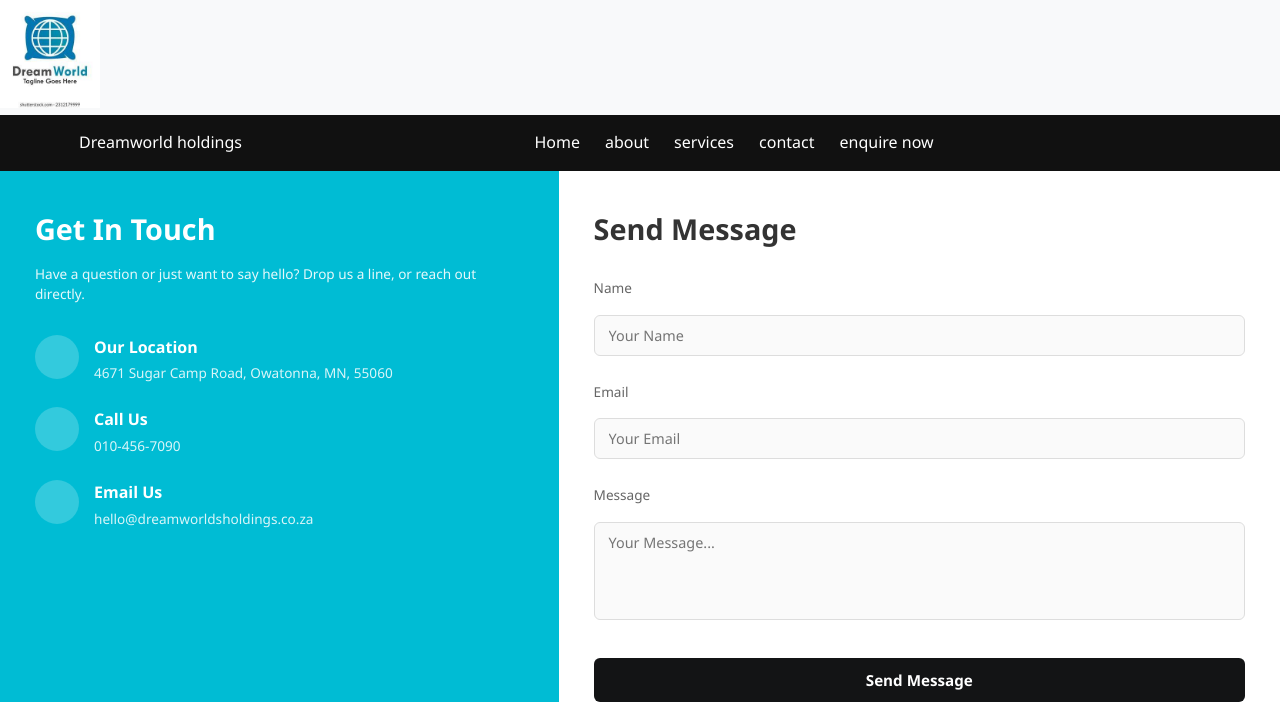
Repository: za569/WEDE5020-HTML-CSS-JavaScript-Zanda-Rubuxa-PART-3
Page: contact.html
These files come from the project's save history. The page is drawn as it stood at one moment and after the next save; the edit follows.
The browser window is 1280 px wide. The pictures show the part of the page from y = 0 to 702 px (the page is 1927 px tall).
Pictures or frames that could not be fetched are drawn as grey boxes.

Above is the page before, as saved 2026-06-03 12:20:40.
Console error: TypeError: document.getElementsById is not a function

After the next save:
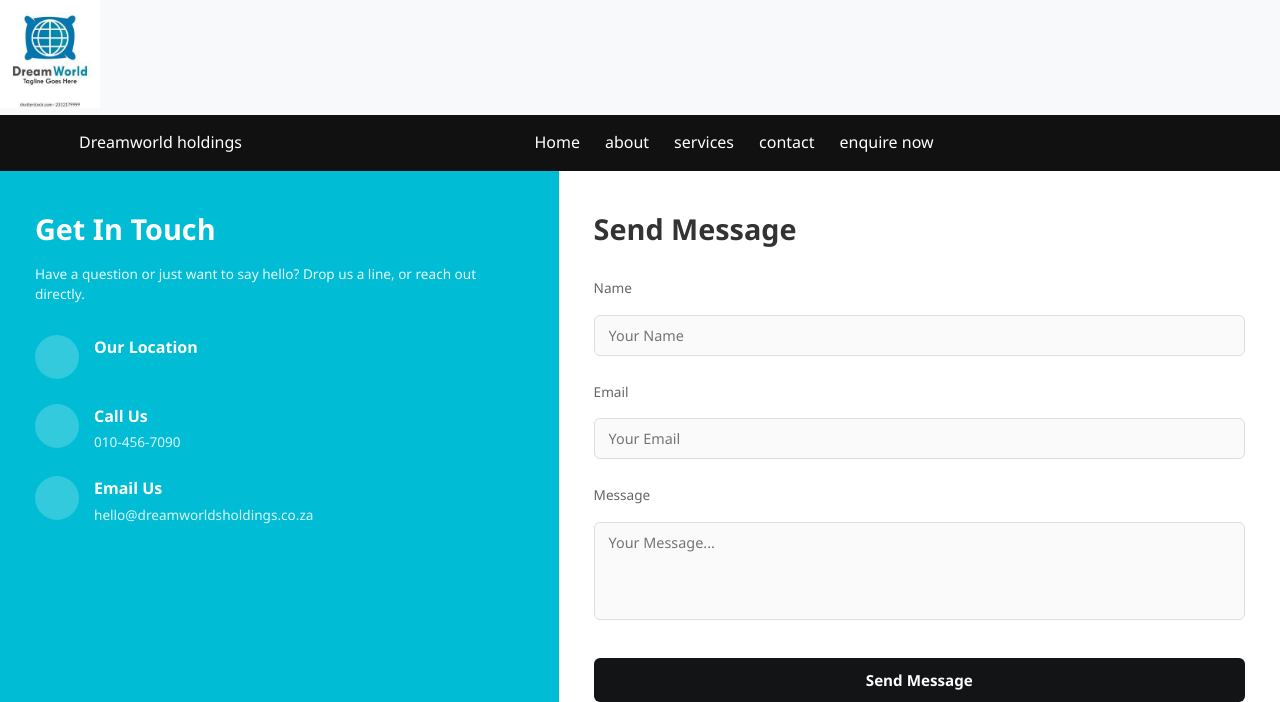
Saved 11 s later.
--- a/contact.html
+++ b/contact.html
@@ -39,7 +39,7 @@
 <div class="info-icon"><i class="fas fa-map-marker-alt"></i></div>
 <div class="info-text">
 <h4>Our Location</h4>
-<p>4671 Sugar Camp Road, Owatonna, MN, 55060</p>
+<p></p>
 </div>
 </div>
 
